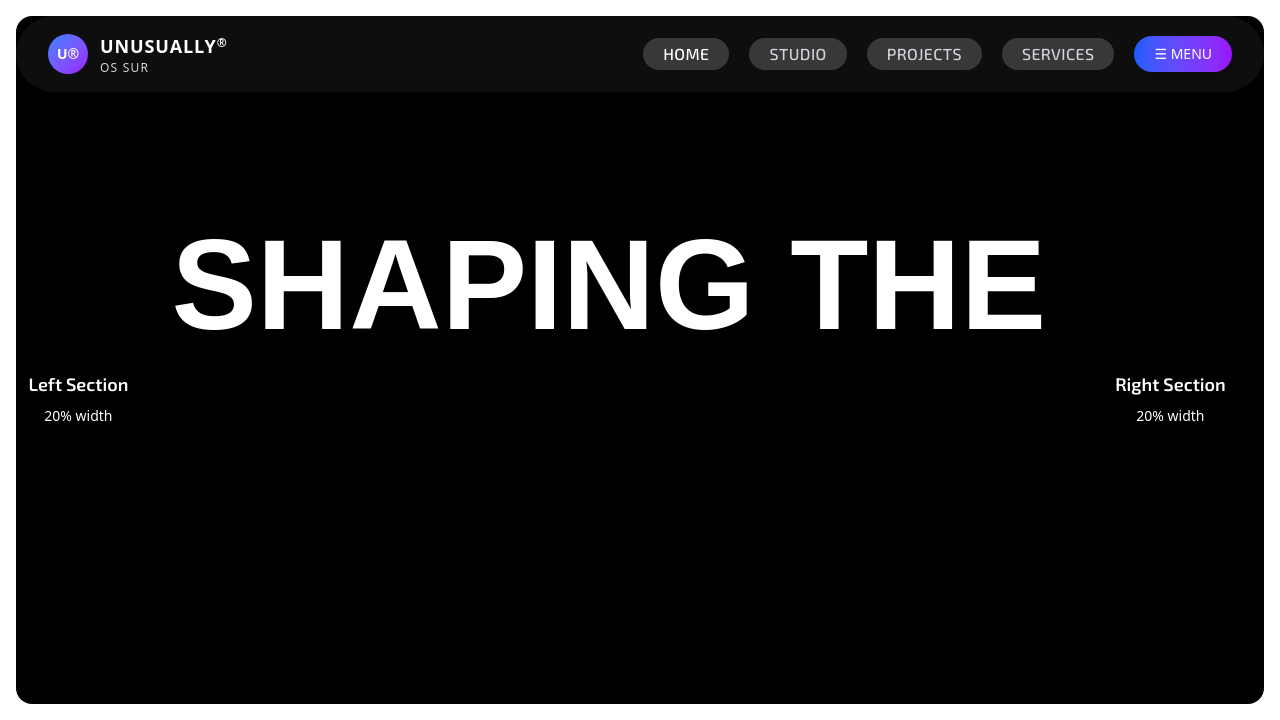
Repository: A-y-u-s-h-29/Digital-Express-India-With-Carrer-Page-And-RazorPay
Page: / (app in op/)
These files come from the project's save history. The page is drawn as it stood at one moment and after the next save; the edit follows.
The browser window is 1280 px wide. The pictures show the whole page.
Some web fonts or font styles are not loaded; a fallback is used. The project was rebuilt for these pictures with package versions that can differ from the ones it lists, and the page was loaded fresh each time. Also part of the build but not shown: op/vite.config.js.

Above is the page before, as saved 2025-12-04 14:49:30.

After the next save:
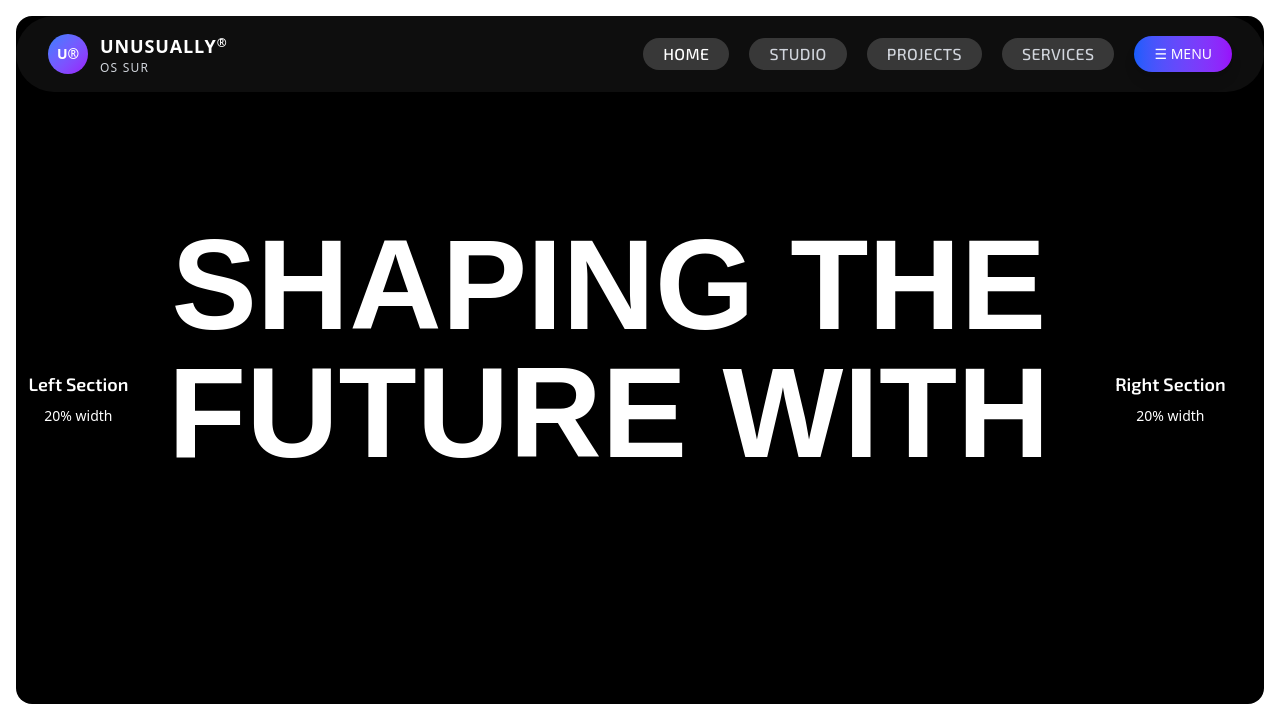
Saved 4 s later.
--- a/op/src/components/Home.jsx
+++ b/op/src/components/Home.jsx
@@ -40,7 +40,7 @@ function Home() {
 
     {/* Middle Row - 30% height */}
     <div className="h-[25%] flex items-center justify-center ">
-       <h1 className="text-5xl md:text-9xl leading-tight lg:leading-[4.5rem]  font-bold text-black drop-shadow-2xl">
+       <h1 className="text-5xl md:text-9xl leading-tight lg:leading-[4.5rem]  font-bold text-white drop-shadow-2xl">
     FUTURE WITH
       </h1>
     </div>
